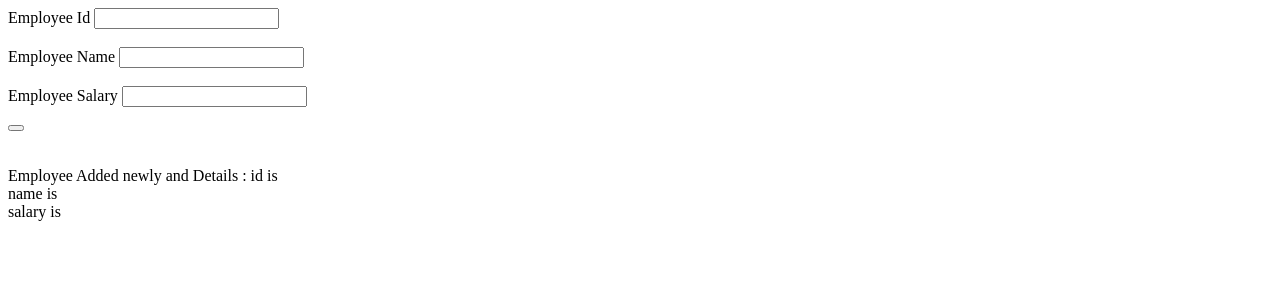
Repository: pushpakkatkar/Spring-Project
Page: http://localhost/SpringMVCValidation01/WEB-INF/view/addEmp.jsp
An editor plug-in stored every save of this project. The page is shown before and after the next save, followed by the edit.
The browser window is 1280 px wide. The pictures show the whole page.
The page is served by Tomcat 9. Nobody is signed in. Other server files are loaded and not shown. The template is opened directly, without the code that normally fills it, so the values that code supplies are empty.

Above is the page before, as saved 2020-03-12 10:55:59.

### wokspace-spring/SpringMVCValidation01/WebContent/WEB-INF/view/addEmp.jsp
<%@ page language="java" contentType="text/html; charset=ISO-8859-1"
    pageEncoding="ISO-8859-1"%>
   <%@taglib uri ="http://www.springframework.org/tags/form" prefix="s"%>
<!DOCTYPE html PUBLIC "-//W3C//DTD HTML 4.01 Transitional//EN" "http://www.w3.org/TR/html4/loose.dtd">
<html>
<head>
<meta http-equiv="Content-Type" content="text/html; charset=ISO-8859-1">
<title>Insert title here</title>
</head>
<body>

<s:form action="addEmp" method="post" modelAttribute="newEmp">
<s:label path="empId">Employee Id</s:label>
<s:input path="empId"/>
<br><br>
<s:label path="empName">Employee Name</s:label>
<s:input path="empName"/>
<br><br>
<s:label path="empSal">Employee Salary</s:label>
<s:input path="empSal"/>
<br><br>
<s:button type="submit"></s:button>
</s:form>
<br><br>
Employee Added newly and Details :
id is ${addedEmp.empId}<br>
name is ${addedEmp.empName}<br>
salary is ${addedEmp.empSal}<br>
</body>
</html>

After the next save:
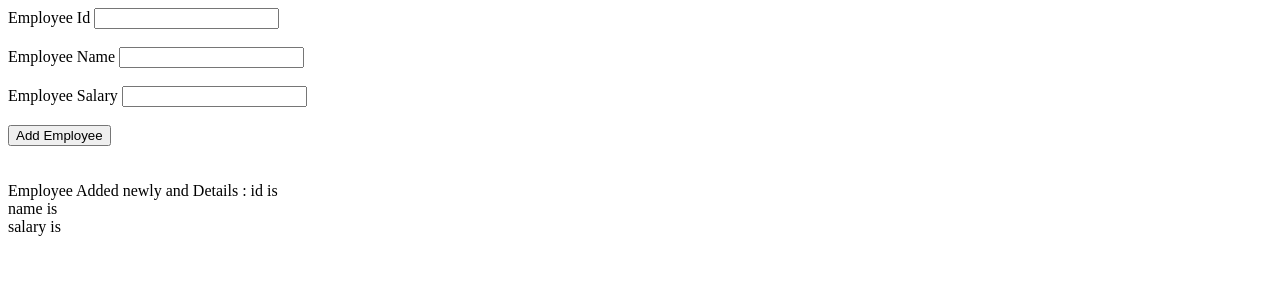
Saved 8 s later.
--- a/wokspace-spring/SpringMVCValidation01/WebContent/WEB-INF/view/addEmp.jsp
+++ b/wokspace-spring/SpringMVCValidation01/WebContent/WEB-INF/view/addEmp.jsp
@@ -19,7 +19,7 @@
 <s:label path="empSal">Employee Salary</s:label>
 <s:input path="empSal"/>
 <br><br>
-<s:button type="submit"></s:button>
+<s:button type="submit">Add Employee</s:button>
 </s:form>
 <br><br>
 Employee Added newly and Details :
